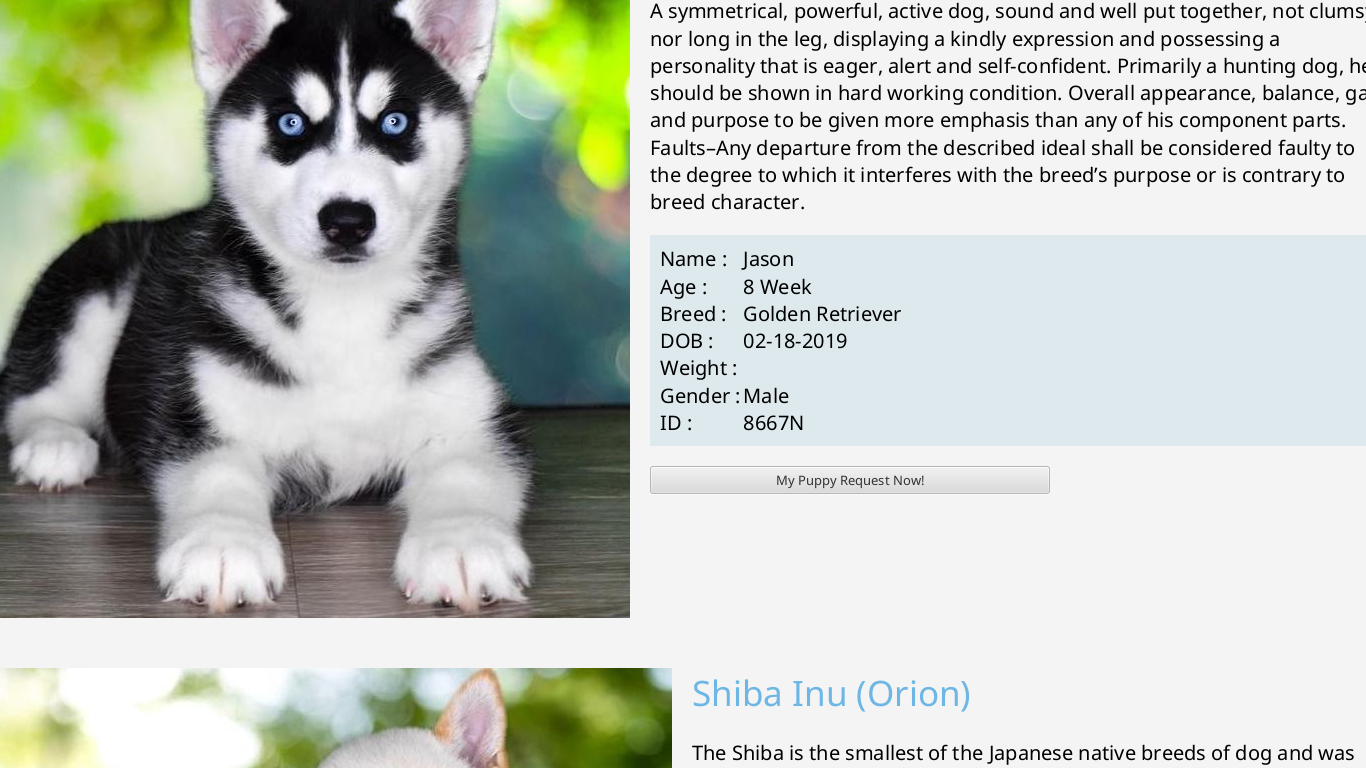
Repository: Cnibungco/CS2450
Program's window: java Assignment4/src/Nursery.java
These files come from the project's save history. The program's window is drawn as it stood at one moment and after the next save; the edit follows.
It runs on Java 21 on a 1366 x 768 screen with JavaFX 11; the title bar is not drawn. Parts beyond the screen are cut off. It also reads Assignment4/Pictures/dog1.jpg, Assignment4/Pictures/dog2.jpg.

Above is the program's window before, as saved 2019-04-28 21:15:58.

### Assignment4/src/Nursery.java
import javafx.application.Application;
import javafx.geometry.Insets;
import javafx.geometry.Pos;
import javafx.scene.Scene;
import javafx.stage.Stage;

import javafx.scene.layout.HBox;
import javafx.scene.layout.VBox;
import javafx.scene.text.Font;
import javafx.scene.text.Text;
import javafx.scene.control.Label;
import javafx.scene.control.ScrollPane;
import javafx.scene.image.Image;
import javafx.scene.image.ImageView;
import javafx.scene.control.Button;


public class Nursery extends Application {

	public static void main(String[] args) {
		// TODO Auto-generated method stub
		launch(args);

	}

	@Override
	public void start(Stage primaryStage) throws Exception {
		// TODO Auto-generated method stub


		Label addressLabel = new Label("24083 SD HWY 50 CHAMBERLAIN, SD, 57325");
		addressLabel.setStyle("-fx-text-fill: white");
		Label emailLabel = new Label("mkwessel@hotmail.com");
		emailLabel.setStyle("-fx-text-fill: white");
		Label phoneLabel = new Label("1-605-680-3097");
		phoneLabel.setStyle("-fx-text-fill: white");

		HBox header1 = new HBox(20, phoneLabel, emailLabel, addressLabel);
		header1.setPadding(new Insets(10));
		header1.setAlignment(Pos.TOP_RIGHT);
		header1.setStyle("-fx-background-color:#7cbcbb");


		Label name1 = new Label("Seberians of");
		name1.setStyle("-fx-font-size:35; -fx-text-fill:#14265b");
		Label name2 = new Label("the Heartland");
		name2.setStyle("-fx-font-size:35; -fx-text-fill:#14265b");
		VBox nameVBox = new VBox(name1, name2);

		Button homeButton = new Button("Home");
		homeButton.setStyle("-fx-text-fill:#14265b");
		Button nurseryButton = new Button("Nursery");
		nurseryButton.setStyle("-fx-text-fill:#14265b");
		Button first8WeeksButton = new Button("First 8 Weeks");
		first8WeeksButton.setStyle("-fx-text-fill:#14265b");
		Button heartlandAdultsButton = new Button("Hearland Adults");
		heartlandAdultsButton.setStyle("-fx-text-fill:#14265b");
		Button adultsForSaleButton = new Button("Adults for Sale");
		adultsForSaleButton.setStyle("-fx-text-fill:#14265b");
		Button puppyGaleeryButton = new Button("Puppy Gallery");
		puppyGaleeryButton.setStyle("-fx-text-fill:#14265b");
		Button kennelsButton = new Button("Kennels");
		kennelsButton.setStyle("-fx-text-fill:#14265b");
		Button ranchHistoryButton = new Button("Ranch History");
		ranchHistoryButton.setStyle("-fx-text-fill:#14265b");
		Button shotsFAQButton = new Button("Shorts/FAQ");
		shotsFAQButton.setStyle("-fx-text-fill:#14265b");
		Button contactButton = new Button("Contact Us");
		contactButton.setStyle("-fx-text-fill:#14265b");
		Button ourArea = new Button("Our Area");
		ourArea.setStyle("-fx-text-fill:#14265b");
		Button commnetsButton = new Button("Comments");
		commnetsButton.setStyle("-fx-text-fill:#14265b");

		HBox tabHBox = new HBox(homeButton, nurseryButton, first8WeeksButton, heartlandAdultsButton, adultsForSaleButton, puppyGaleeryButton, kennelsButton, ranchHistoryButton, shotsFAQButton, contactButton, ourArea, commnetsButton);
		tabHBox.setAlignment(Pos.CENTER_RIGHT);

		HBox header2 = new HBox (120, nameVBox, tabHBox);
		header2.setPadding(new Insets(15));

		Label availablePuppies = new Label("Available Puppies");
		availablePuppies.setStyle("-fx-font-size:40; -fx-text-fill:#ef709b");
		HBox availablePuppiesHBox = new HBox(availablePuppies);
		availablePuppiesHBox.setStyle("-fx-background-color:#e3eaea");
		availablePuppiesHBox.setAlignment(Pos.CENTER);
		availablePuppiesHBox.setPadding(new Insets(10));


		Image dog1Image = new Image("file:Pictures/dog1.jpg");
		ImageView dog1ImageView = new ImageView(dog1Image);

		Label goldenRetreverLabel = new Label("Golden Retriever (Jason)");
		goldenRetreverLabel.setStyle("-fx-font-size:35; -fx-text-fill:#6eb7e5");
		//goldenRetreverLabel.setFont(new Font(50));
		Text dog1Description = new Text("A symmetrical, powerful, active dog, sound and well put together, not clumsy \nnor long in the leg, displaying a kindly expression and possessing a \npersonality that is eager, alert and self-confident. Primarily a hunting dog, he\nshould be shown in hard working condition. Overall appearance, balance, gait \nand purpose to be given more emphasis than any of his component parts. \nFaults–Any departure from the described ideal shall be considered faulty to\nthe degree to which it interferes with the breed’s purpose or is contrary to\nbreed character.");
		dog1Description.setFont(new Font(20));


		Text dog1NationalCity = new Text("Name :\tJason\nAge :\t8 Week\nBreed :\tGolden Retriever\nDOB :\t02-18-2019\nWeight :\nGender :\tMale\nID :\t\t8667N");
		dog1NationalCity.setStyle("-fx-font-size:20");

		Button dog1RequestButton = new Button("My Puppy Request Now!");
		dog1RequestButton.setMinWidth(400);
		//dog1RequestButton.setStyle("-fx-background-color:#3da8ce");

		VBox dog1NationalCityVBox = new VBox(dog1NationalCity);
		dog1NationalCityVBox.setPadding(new Insets(10));
		dog1NationalCityVBox.setStyle("-fx-background-color:#dee9ed");

		VBox dog1DesVBox = new VBox(20, goldenRetreverLabel, dog1Description,dog1NationalCityVBox, dog1RequestButton);

		HBox dog1HBox = new HBox(20, dog1ImageView, dog1DesVBox);
		dog1HBox.setPadding(new Insets(20));


		Image dog2Image = new Image("file:Pictures/dog2.jpg");
		ImageView dog2ImageView = new ImageView(dog2Image);

		Label shibaLabel = new Label("Shiba Inu (Orion)");
		shibaLabel.setStyle("-fx-font-size:35; -fx-text-fill:#6eb7e5");
		//goldenRetreverLabel.setFont(new Font(50));
		Text dog2Description = new Text("The Shiba is the smallest of the Japanese native breeds of dog and was\noriginally developed for hunting by sight and scent in the dense undergrowth\nof Japan’s mountainous areas. Alert and agile with keen senses, he is also an\nexcellent watchdog and companion. His frame is compact with well-developed\nmuscles. Males and females are distinctly different in appearance: males are\nmasculine without coarseness, females are feminine without weakness of\nstructure.");
		dog2Description.setFont(new Font(20));

		Text dog2NationalCity = new Text("Name :\tOrion\nAge :\t10 Week\nBreed :\tShiba Inu\nDOB :\t02-16-2019\nWeight :\t6 lbs 2 oz\nGender :\tMale\nID :\t\t7538B");
		dog2NationalCity.setStyle("-fx-font-size:20");

		Button dog2RequestButton = new Button("My Puppy Request Now!");
		dog2RequestButton.setMinWidth(400);
		//dog1RequestButton.setStyle("-fx-background-color:#3da8ce");

		VBox dog2NationalCityVBox = new VBox(dog2NationalCity);
		dog2NationalCityVBox.setPadding(new Insets(10));
		dog2NationalCityVBox.setStyle("-fx-background-color:#dee9ed");

		VBox dog2DesVBox = new VBox(20, shibaLabel, dog2Description,dog2NationalCityVBox, dog2RequestButton);

		HBox dog2HBox = new HBox(20, dog2ImageView, dog2DesVBox);
		dog2HBox.setPadding(new Insets(20));

		VBox bodyVBox = new VBox(10, dog1HBox, dog2HBox);

		ScrollPane scrollPane = new ScrollPane(bodyVBox);
		scrollPane.setFitToHeight(true);

		VBox vbox = new VBox(header1, header2, availablePuppiesHBox, scrollPane);
		scrollPane.setFitToHeight(true);
		Scene scene = new Scene(vbox);
		primaryStage.setScene(scene);
		primaryStage.show();


	}

}

After the next save:
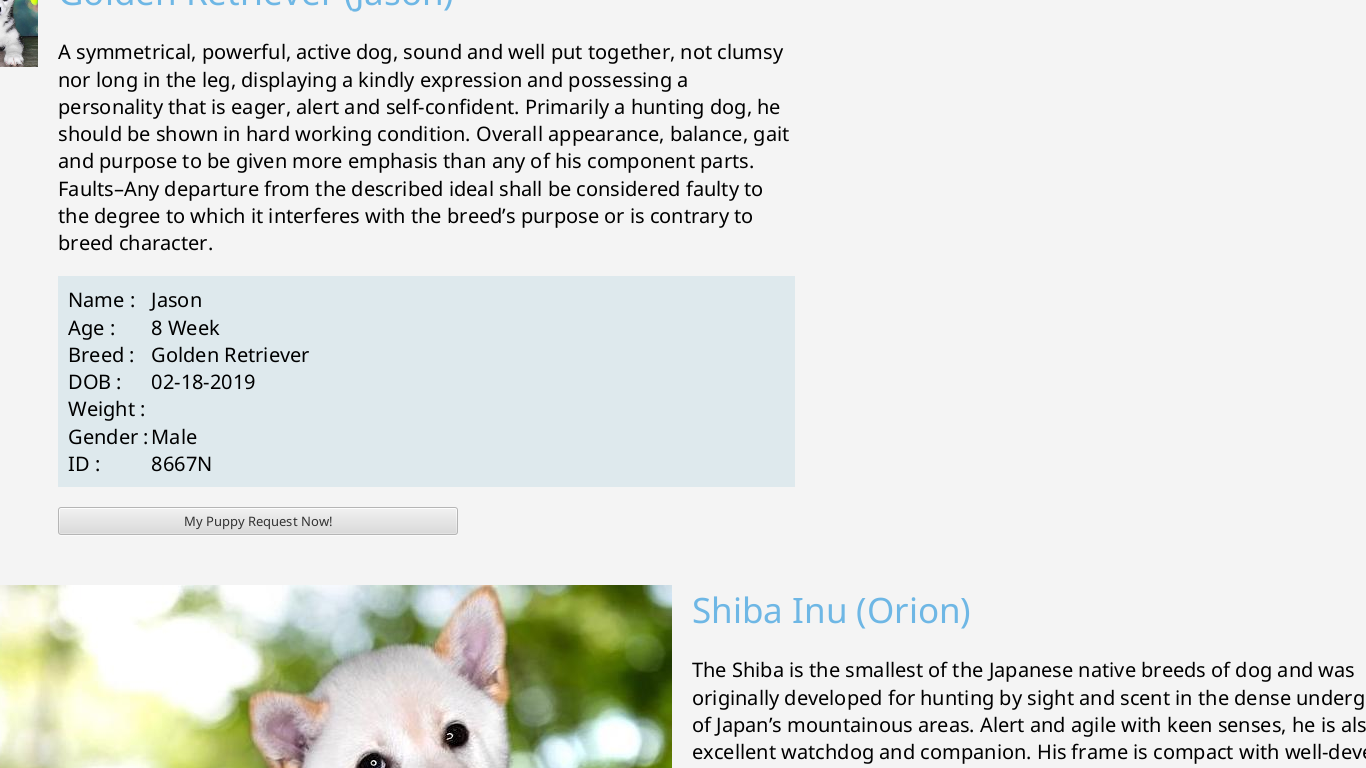
Saved 2 min 13 s later.
--- a/Assignment4/src/Nursery.java
+++ b/Assignment4/src/Nursery.java
@@ -88,6 +88,8 @@
 
 		Image dog1Image = new Image("file:Pictures/dog1.jpg");
 		ImageView dog1ImageView = new ImageView(dog1Image);
+		dog1ImageView.setFitHeight(100);
+		dog1ImageView.setFitWidth(100);
 
 		Label goldenRetreverLabel = new Label("Golden Retriever (Jason)");
 		goldenRetreverLabel.setStyle("-fx-font-size:35; -fx-text-fill:#6eb7e5");
@@ -115,6 +117,7 @@
 
 		Image dog2Image = new Image("file:Pictures/dog2.jpg");
 		ImageView dog2ImageView = new ImageView(dog2Image);
+
 
 		Label shibaLabel = new Label("Shiba Inu (Orion)");
 		shibaLabel.setStyle("-fx-font-size:35; -fx-text-fill:#6eb7e5");
